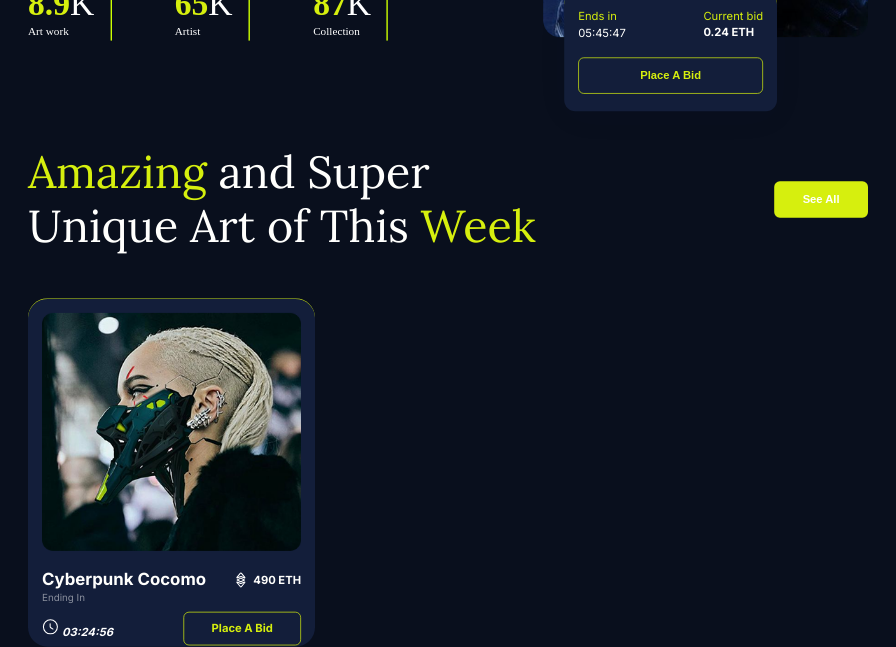
Repository: Kamron5505/NftMarketplace
Page: index.html
These files come from the project's save history. The page is drawn as it stood at one moment and after a run of saves; the edit follows.
The browser window is 1280 px wide. The pictures show the part of the page from y = 670 to 2590 px (the page is 1594 px tall before and 2590 px after), at 70% of full size.

Above is the page before, as saved 2025-07-09 14:41:34.

### index.html
<!DOCTYPE html>
<html lang="en">

<head>
    <meta charset="UTF-8">
    <meta name="viewport" content="width=device-width, initial-scale=1.0">
    <title>NFTMarketplace Landing</title>
    <link rel="stylesheet" href="./style.css">
    <link
        href="https://fonts.googleapis.com/css2?family=Inter:wght@400;600;700&family=Source+Sans+Pro:wght@400;600;700&family=Lora:wght@400;700&display=swap"
        rel="stylesheet">

</head>

<body>
    <header class="header">
        <div class="container">
            <nav class="nav">
                <ul class="nav-list">
                    <li class="nav-item"><a href="#" class="nav-link">Marketplace</a></li>
                    <li class="nav-item"><a href="#" class="nav-link">Artists</a></li>
                    <li class="nav-item"><a href="#" class="nav-link">Community</a></li>
                    <li class="nav-item"><a href="#" class="nav-link">Collections</a></li>
                </ul>
                <button class="header-contact-btn">Contact</button>
            </nav>
        </div>
    </header>
    <main class="main">
        <section class="nft-section">
            <div class="container">
                <div class="nft-wrapper">
                    <div class="content-left">
                        <h1 class="title">
                            Discover and <br>
                            Collect The Best <br>
                            NFTs <span class="highlight"> Digital Art.</span>
                        </h1>

                        <p class="description">
                            Get started with the easiest and most secure platform to buy and trade digital ART and NFTs.
                            Start exploring the world of digital art and NFTs today and take control of your digital
                            assets with confidence!
                        </p>

                        <div class="buttons">
                            <a href="#" class="btn btn-primary">Explore Now</a>
                            <a href="#" class="btn btn-secondary">Learn More</a>
                        </div>

                        <div class="stats">
                            <div class="stat">
                                <div class="number">8.9<span class="note">K</span></div>
                                <div class="label">Art work</div>
                            </div>
                            <div class="stat">
                                <div class="number">65<span class="note">K</span></div>
                                <div class="label">Artist</div>
                            </div>
                            <div class="stat">
                                <div class="number">87<span class="note">K</span></div>
                                <div class="label">Collection</div>
                            </div>
                        </div>
                    </div>
                    <div class="content-right">
                        <div class="header-image">
                            <img src="./images/main-header-img.png" alt="NFT Image" class="hero-image">
                            <img src="./images/circle.png" alt="" class="circle-image">
                        </div>
                        <div class="nft-card">
                            <div class="nft-card__info">
                                <div class="nft-card__timer">
                                    <span class="value ">Ends in</span>
                                    <span class="nft-note">05:45:47</span>
                                </div>
                                <div class="nft-card__bid">
                                    <span class="value ">Current bid</span>
                                    <span class="nft-card__note">0.24 ETH</span>
                                </div>
                                <button href="#" class="nft-card__btn nft-card__btn--bid">Place A Bid</button>
                            </div>
                        </div>
                    </div>
                </div>
            </div>
        </section>
        <section class="art-section">
            <div class="container">
                <div class="art-section__header">
                    <h2 class="art-section__title">
                        <span class="text-highlight">Amazing</span>
                        and Super <br>
                        Unique Art of This
                        <span class="text-highlight">Week</span>
                    </h2>
                    <button href="#" class="art-section__btn-view-all">See All</button>
                </div>
                <div class="art-section__cards">
                    <div class="art-card">
                        <img src="./images/Cyberpunk Cocomo 490ETH.png" alt="Cyberpunk Cocomo"
                            class="art-card__image" />
                        <div class="art-card-name">
                            <h3 class="art-card__title">Cyberpunk Cocomo</h3>

                            <div class="art-card-price-wrapper">
                                <svg width="24" height="25" viewBox="0 0 24 25" fill="none"
                                    xmlns="http://www.w3.org/2000/svg">
                                    <path
                                        d="M6.90001 9.6L11.7 7.5C11.9 7.4 12.1 7.4 12.4 7.5L17.2 9.6C17.6 9.8 18 9.3 17.7 8.9L12.7 2.8C12.4 2.4 11.8 2.4 11.5 2.8L6.50001 8.9C6.10001 9.3 6.50001 9.8 6.90001 9.6Z"
                                        stroke="white" stroke-width="1.5" stroke-miterlimit="10" stroke-linecap="round"
                                        stroke-linejoin="round" />
                                    <path
                                        d="M6.90001 15.4L11.7 17.5C11.9 17.6 12.1 17.6 12.4 17.5L17.2 15.4C17.6 15.2 18 15.7 17.7 16.1L12.7 22.2C12.4 22.6 11.8 22.6 11.5 22.2L6.50001 16.1C6.10001 15.7 6.50001 15.2 6.90001 15.4Z"
                                        stroke="white" stroke-width="1.5" stroke-miterlimit="10" stroke-linecap="round"
                                        stroke-linejoin="round" />
                                    <path d="M12 9.90002L6.79999 12.5L12 15.1L17.2 12.5L12 9.90002Z" stroke="white"
                                        stroke-width="1.5" stroke-miterlimit="10" stroke-linecap="round"
                                        stroke-linejoin="round" />
                                </svg>
                                <p class="art-card__price">490 ETH</p>
                            </div>
                        </div>

                        <div class="art-card__info">
                            <div class="art-card__time">
                                <p class="art-card__time__ending">Ending In</p>
                                <div class="art-card__time-row">
                                    <div>
                                        <i class="icon-clock">
                                            <svg width="24" height="25" viewBox="0 0 24 25" fill="none"
                                                xmlns="http://www.w3.org/2000/svg">
                                                <path
                                                    d="M22 12.5C22 18.02 17.52 22.5 12 22.5C6.48 22.5 2 18.02 2 12.5C2 6.98 6.48 2.5 12 2.5C17.52 2.5 22 6.98 22 12.5Z"
                                                    stroke="white" stroke-width="1.5" stroke-linecap="round"
                                                    stroke-linejoin="round" />
                                                <path
                                                    d="M15.71 15.68L12.61 13.83C12.07 13.51 11.63 12.74 11.63 12.11V8.01001"
                                                    stroke="white" stroke-width="1.5" stroke-linecap="round"
                                                    stroke-linejoin="round" />
                                            </svg>
                                            <span class="art-card__time-text">03:24:56</span>
                                        </i>
                                    </div>

                                    <button class="art-card__btn-bid">Place A Bid</button>
                                </div>
                            </div>
                        </div>



                    </div>


                </div>

            </div>
        </section>
    </main>
</body>

</html>

Loaded but not shown: style.css (452 lines, source omitted)

After the next 2 saves:
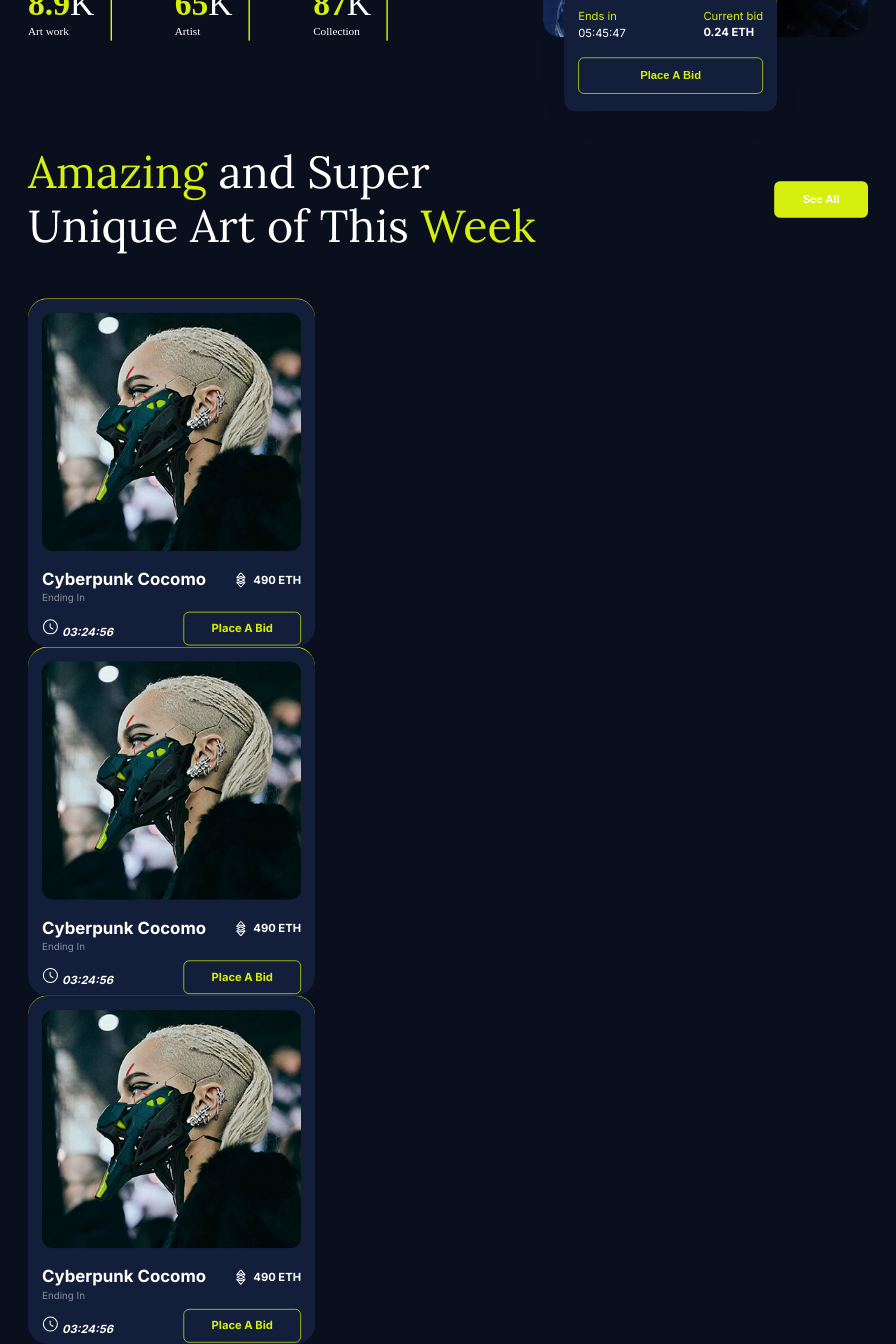
The 2 saves are shown as one change because they came seconds apart.
The last was saved 6 s later.
--- a/index.html
+++ b/index.html
@@ -151,7 +151,114 @@
 
 
                     </div>
-
+                    <div class="art-card">
+                        <img src="./images/Cyberpunk Cocomo 490ETH.png" alt="Cyberpunk Cocomo"
+                            class="art-card__image" />
+                        <div class="art-card-name">
+                            <h3 class="art-card__title">Cyberpunk Cocomo</h3>
+
+                            <div class="art-card-price-wrapper">
+                                <svg width="24" height="25" viewBox="0 0 24 25" fill="none"
+                                    xmlns="http://www.w3.org/2000/svg">
+                                    <path
+                                        d="M6.90001 9.6L11.7 7.5C11.9 7.4 12.1 7.4 12.4 7.5L17.2 9.6C17.6 9.8 18 9.3 17.7 8.9L12.7 2.8C12.4 2.4 11.8 2.4 11.5 2.8L6.50001 8.9C6.10001 9.3 6.50001 9.8 6.90001 9.6Z"
+                                        stroke="white" stroke-width="1.5" stroke-miterlimit="10" stroke-linecap="round"
+                                        stroke-linejoin="round" />
+                                    <path
+                                        d="M6.90001 15.4L11.7 17.5C11.9 17.6 12.1 17.6 12.4 17.5L17.2 15.4C17.6 15.2 18 15.7 17.7 16.1L12.7 22.2C12.4 22.6 11.8 22.6 11.5 22.2L6.50001 16.1C6.10001 15.7 6.50001 15.2 6.90001 15.4Z"
+                                        stroke="white" stroke-width="1.5" stroke-miterlimit="10" stroke-linecap="round"
+                                        stroke-linejoin="round" />
+                                    <path d="M12 9.90002L6.79999 12.5L12 15.1L17.2 12.5L12 9.90002Z" stroke="white"
+                                        stroke-width="1.5" stroke-miterlimit="10" stroke-linecap="round"
+                                        stroke-linejoin="round" />
+                                </svg>
+                                <p class="art-card__price">490 ETH</p>
+                            </div>
+                        </div>
+
+                        <div class="art-card__info">
+                            <div class="art-card__time">
+                                <p class="art-card__time__ending">Ending In</p>
+                                <div class="art-card__time-row">
+                                    <div>
+                                        <i class="icon-clock">
+                                            <svg width="24" height="25" viewBox="0 0 24 25" fill="none"
+                                                xmlns="http://www.w3.org/2000/svg">
+                                                <path
+                                                    d="M22 12.5C22 18.02 17.52 22.5 12 22.5C6.48 22.5 2 18.02 2 12.5C2 6.98 6.48 2.5 12 2.5C17.52 2.5 22 6.98 22 12.5Z"
+                                                    stroke="white" stroke-width="1.5" stroke-linecap="round"
+                                                    stroke-linejoin="round" />
+                                                <path
+                                                    d="M15.71 15.68L12.61 13.83C12.07 13.51 11.63 12.74 11.63 12.11V8.01001"
+                                                    stroke="white" stroke-width="1.5" stroke-linecap="round"
+                                                    stroke-linejoin="round" />
+                                            </svg>
+                                            <span class="art-card__time-text">03:24:56</span>
+                                        </i>
+                                    </div>
+
+                                    <button class="art-card__btn-bid">Place A Bid</button>
+                                </div>
+                            </div>
+                        </div>
+
+
+
+                    </div>
+                    <div class="art-card">
+                        <img src="./images/Cyberpunk Cocomo 490ETH.png" alt="Cyberpunk Cocomo"
+                            class="art-card__image" />
+                        <div class="art-card-name">
+                            <h3 class="art-card__title">Cyberpunk Cocomo</h3>
+
+                            <div class="art-card-price-wrapper">
+                                <svg width="24" height="25" viewBox="0 0 24 25" fill="none"
+                                    xmlns="http://www.w3.org/2000/svg">
+                                    <path
+                                        d="M6.90001 9.6L11.7 7.5C11.9 7.4 12.1 7.4 12.4 7.5L17.2 9.6C17.6 9.8 18 9.3 17.7 8.9L12.7 2.8C12.4 2.4 11.8 2.4 11.5 2.8L6.50001 8.9C6.10001 9.3 6.50001 9.8 6.90001 9.6Z"
+                                        stroke="white" stroke-width="1.5" stroke-miterlimit="10" stroke-linecap="round"
+                                        stroke-linejoin="round" />
+                                    <path
+                                        d="M6.90001 15.4L11.7 17.5C11.9 17.6 12.1 17.6 12.4 17.5L17.2 15.4C17.6 15.2 18 15.7 17.7 16.1L12.7 22.2C12.4 22.6 11.8 22.6 11.5 22.2L6.50001 16.1C6.10001 15.7 6.50001 15.2 6.90001 15.4Z"
+                                        stroke="white" stroke-width="1.5" stroke-miterlimit="10" stroke-linecap="round"
+                                        stroke-linejoin="round" />
+                                    <path d="M12 9.90002L6.79999 12.5L12 15.1L17.2 12.5L12 9.90002Z" stroke="white"
+                                        stroke-width="1.5" stroke-miterlimit="10" stroke-linecap="round"
+                                        stroke-linejoin="round" />
+                                </svg>
+                                <p class="art-card__price">490 ETH</p>
+                            </div>
+                        </div>
+
+                        <div class="art-card__info">
+                            <div class="art-card__time">
+                                <p class="art-card__time__ending">Ending In</p>
+                                <div class="art-card__time-row">
+                                    <div>
+                                        <i class="icon-clock">
+                                            <svg width="24" height="25" viewBox="0 0 24 25" fill="none"
+                                                xmlns="http://www.w3.org/2000/svg">
+                                                <path
+                                                    d="M22 12.5C22 18.02 17.52 22.5 12 22.5C6.48 22.5 2 18.02 2 12.5C2 6.98 6.48 2.5 12 2.5C17.52 2.5 22 6.98 22 12.5Z"
+                                                    stroke="white" stroke-width="1.5" stroke-linecap="round"
+                                                    stroke-linejoin="round" />
+                                                <path
+                                                    d="M15.71 15.68L12.61 13.83C12.07 13.51 11.63 12.74 11.63 12.11V8.01001"
+                                                    stroke="white" stroke-width="1.5" stroke-linecap="round"
+                                                    stroke-linejoin="round" />
+                                            </svg>
+                                            <span class="art-card__time-text">03:24:56</span>
+                                        </i>
+                                    </div>
+
+                                    <button class="art-card__btn-bid">Place A Bid</button>
+                                </div>
+                            </div>
+                        </div>
+
+
+
+                    </div>
 
                 </div>
 

After the 2 saves that followed:
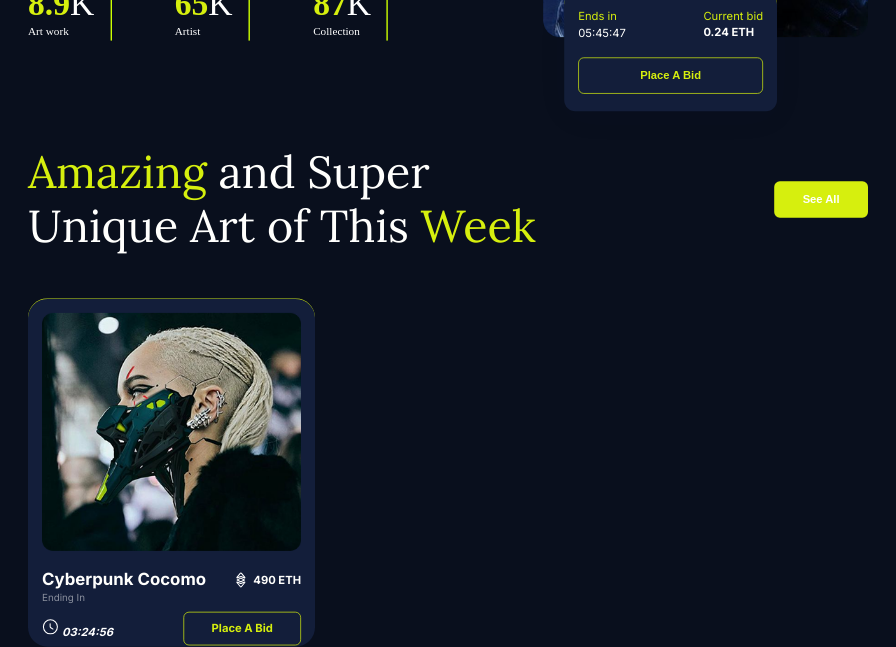
The 2 saves are shown as one change because they came seconds apart.
The last was saved 16 s later.
--- a/index.html
+++ b/index.html
@@ -151,115 +151,6 @@
 
 
                     </div>
-                    <div class="art-card">
-                        <img src="./images/Cyberpunk Cocomo 490ETH.png" alt="Cyberpunk Cocomo"
-                            class="art-card__image" />
-                        <div class="art-card-name">
-                            <h3 class="art-card__title">Cyberpunk Cocomo</h3>
-
-                            <div class="art-card-price-wrapper">
-                                <svg width="24" height="25" viewBox="0 0 24 25" fill="none"
-                                    xmlns="http://www.w3.org/2000/svg">
-                                    <path
-                                        d="M6.90001 9.6L11.7 7.5C11.9 7.4 12.1 7.4 12.4 7.5L17.2 9.6C17.6 9.8 18 9.3 17.7 8.9L12.7 2.8C12.4 2.4 11.8 2.4 11.5 2.8L6.50001 8.9C6.10001 9.3 6.50001 9.8 6.90001 9.6Z"
-                                        stroke="white" stroke-width="1.5" stroke-miterlimit="10" stroke-linecap="round"
-                                        stroke-linejoin="round" />
-                                    <path
-                                        d="M6.90001 15.4L11.7 17.5C11.9 17.6 12.1 17.6 12.4 17.5L17.2 15.4C17.6 15.2 18 15.7 17.7 16.1L12.7 22.2C12.4 22.6 11.8 22.6 11.5 22.2L6.50001 16.1C6.10001 15.7 6.50001 15.2 6.90001 15.4Z"
-                                        stroke="white" stroke-width="1.5" stroke-miterlimit="10" stroke-linecap="round"
-                                        stroke-linejoin="round" />
-                                    <path d="M12 9.90002L6.79999 12.5L12 15.1L17.2 12.5L12 9.90002Z" stroke="white"
-                                        stroke-width="1.5" stroke-miterlimit="10" stroke-linecap="round"
-                                        stroke-linejoin="round" />
-                                </svg>
-                                <p class="art-card__price">490 ETH</p>
-                            </div>
-                        </div>
-
-                        <div class="art-card__info">
-                            <div class="art-card__time">
-                                <p class="art-card__time__ending">Ending In</p>
-                                <div class="art-card__time-row">
-                                    <div>
-                                        <i class="icon-clock">
-                                            <svg width="24" height="25" viewBox="0 0 24 25" fill="none"
-                                                xmlns="http://www.w3.org/2000/svg">
-                                                <path
-                                                    d="M22 12.5C22 18.02 17.52 22.5 12 22.5C6.48 22.5 2 18.02 2 12.5C2 6.98 6.48 2.5 12 2.5C17.52 2.5 22 6.98 22 12.5Z"
-                                                    stroke="white" stroke-width="1.5" stroke-linecap="round"
-                                                    stroke-linejoin="round" />
-                                                <path
-                                                    d="M15.71 15.68L12.61 13.83C12.07 13.51 11.63 12.74 11.63 12.11V8.01001"
-                                                    stroke="white" stroke-width="1.5" stroke-linecap="round"
-                                                    stroke-linejoin="round" />
-                                            </svg>
-                                            <span class="art-card__time-text">03:24:56</span>
-                                        </i>
-                                    </div>
-
-                                    <button class="art-card__btn-bid">Place A Bid</button>
-                                </div>
-                            </div>
-                        </div>
-
-
-
-                    </div>
-                    <div class="art-card">
-                        <img src="./images/Cyberpunk Cocomo 490ETH.png" alt="Cyberpunk Cocomo"
-                            class="art-card__image" />
-                        <div class="art-card-name">
-                            <h3 class="art-card__title">Cyberpunk Cocomo</h3>
-
-                            <div class="art-card-price-wrapper">
-                                <svg width="24" height="25" viewBox="0 0 24 25" fill="none"
-                                    xmlns="http://www.w3.org/2000/svg">
-                                    <path
-                                        d="M6.90001 9.6L11.7 7.5C11.9 7.4 12.1 7.4 12.4 7.5L17.2 9.6C17.6 9.8 18 9.3 17.7 8.9L12.7 2.8C12.4 2.4 11.8 2.4 11.5 2.8L6.50001 8.9C6.10001 9.3 6.50001 9.8 6.90001 9.6Z"
-                                        stroke="white" stroke-width="1.5" stroke-miterlimit="10" stroke-linecap="round"
-                                        stroke-linejoin="round" />
-                                    <path
-                                        d="M6.90001 15.4L11.7 17.5C11.9 17.6 12.1 17.6 12.4 17.5L17.2 15.4C17.6 15.2 18 15.7 17.7 16.1L12.7 22.2C12.4 22.6 11.8 22.6 11.5 22.2L6.50001 16.1C6.10001 15.7 6.50001 15.2 6.90001 15.4Z"
-                                        stroke="white" stroke-width="1.5" stroke-miterlimit="10" stroke-linecap="round"
-                                        stroke-linejoin="round" />
-                                    <path d="M12 9.90002L6.79999 12.5L12 15.1L17.2 12.5L12 9.90002Z" stroke="white"
-                                        stroke-width="1.5" stroke-miterlimit="10" stroke-linecap="round"
-                                        stroke-linejoin="round" />
-                                </svg>
-                                <p class="art-card__price">490 ETH</p>
-                            </div>
-                        </div>
-
-                        <div class="art-card__info">
-                            <div class="art-card__time">
-                                <p class="art-card__time__ending">Ending In</p>
-                                <div class="art-card__time-row">
-                                    <div>
-                                        <i class="icon-clock">
-                                            <svg width="24" height="25" viewBox="0 0 24 25" fill="none"
-                                                xmlns="http://www.w3.org/2000/svg">
-                                                <path
-                                                    d="M22 12.5C22 18.02 17.52 22.5 12 22.5C6.48 22.5 2 18.02 2 12.5C2 6.98 6.48 2.5 12 2.5C17.52 2.5 22 6.98 22 12.5Z"
-                                                    stroke="white" stroke-width="1.5" stroke-linecap="round"
-                                                    stroke-linejoin="round" />
-                                                <path
-                                                    d="M15.71 15.68L12.61 13.83C12.07 13.51 11.63 12.74 11.63 12.11V8.01001"
-                                                    stroke="white" stroke-width="1.5" stroke-linecap="round"
-                                                    stroke-linejoin="round" />
-                                            </svg>
-                                            <span class="art-card__time-text">03:24:56</span>
-                                        </i>
-                                    </div>
-
-                                    <button class="art-card__btn-bid">Place A Bid</button>
-                                </div>
-                            </div>
-                        </div>
-
-
-
-                    </div>
-
                 </div>
 
             </div>
